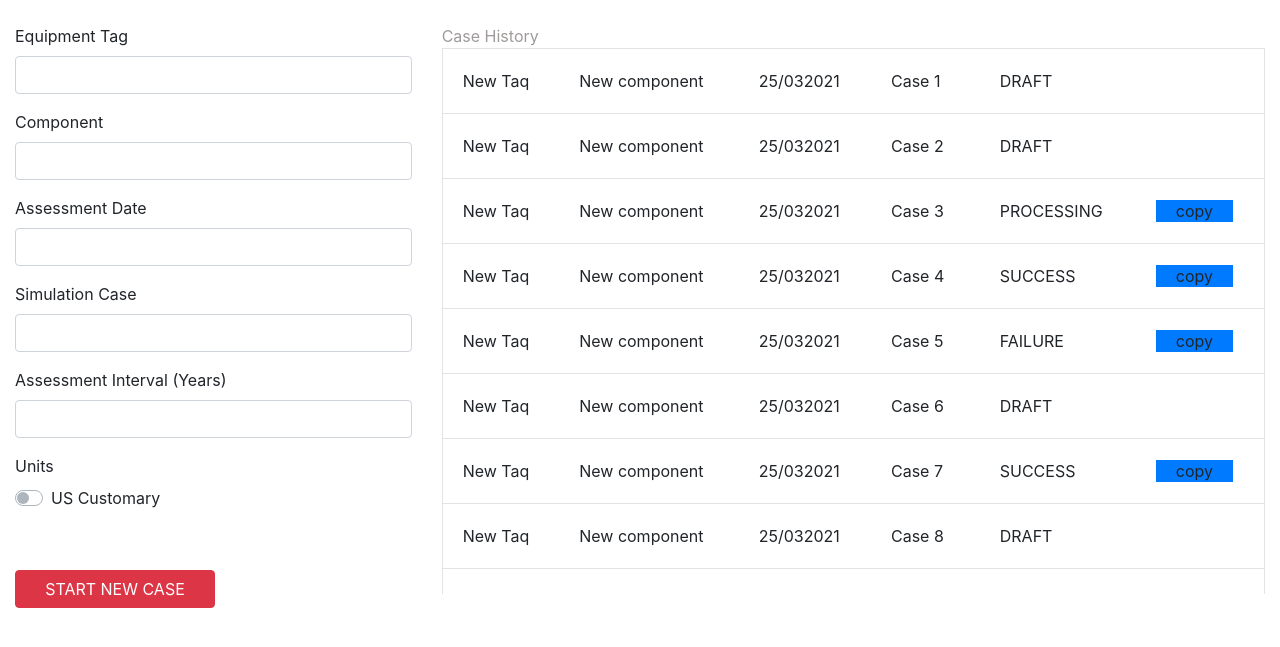
Repository: arif286/dashboard
Page: /
These files come from the project's save history. The page is drawn as it stood at one moment and after the next save; the edit follows.
The browser window is 1280 px wide. The pictures show the whole page.
An inner scrolling area shows only its first screen. The project was rebuilt for these pictures with package versions that can differ from the ones it lists, and the page was loaded fresh each time. The framework's server and built-in components were replaced by stand-ins that run in the browser. Also part of the build but not shown: nuxt.config.js, components/Nav.vue.

Above is the page before, as saved 2021-06-18 19:38:58.

After the next save:
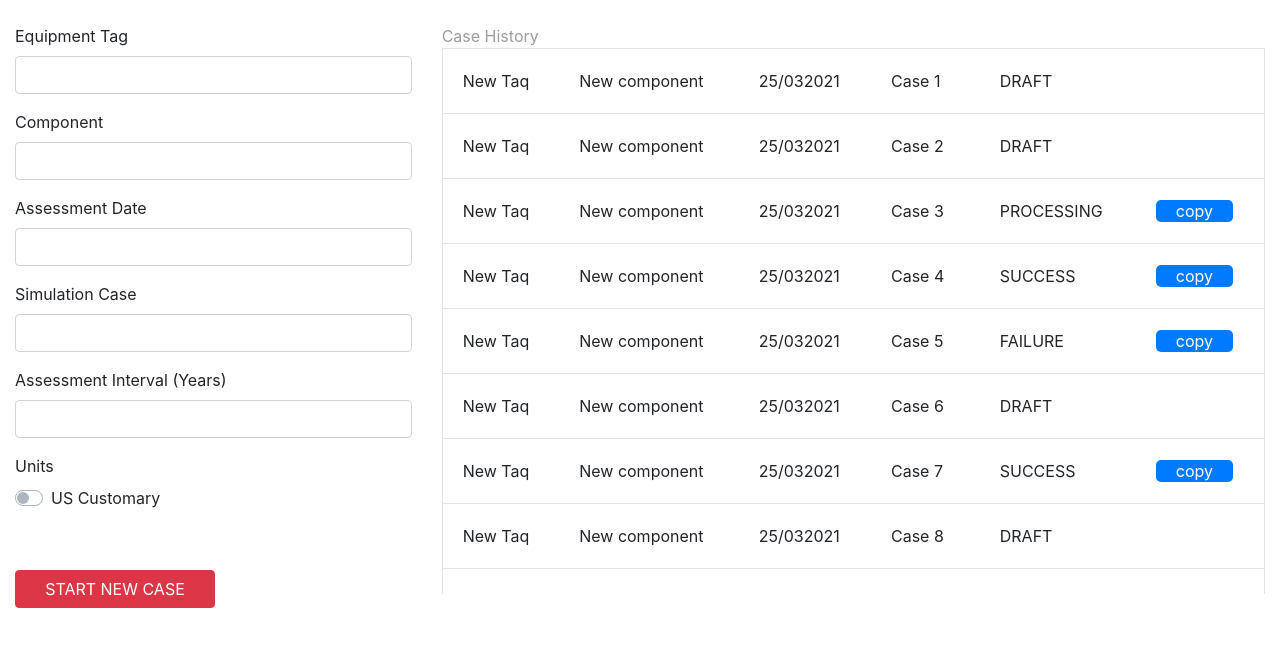
Saved 32 s later.
--- a/components/Table.vue
+++ b/components/Table.vue
@@ -49,5 +49,7 @@ export default {
 .copy-btn{
   background-color: #007bff;
   padding: 1px 20px;
+  color: white;
+  border-radius: 5px;
 }
 </style>
